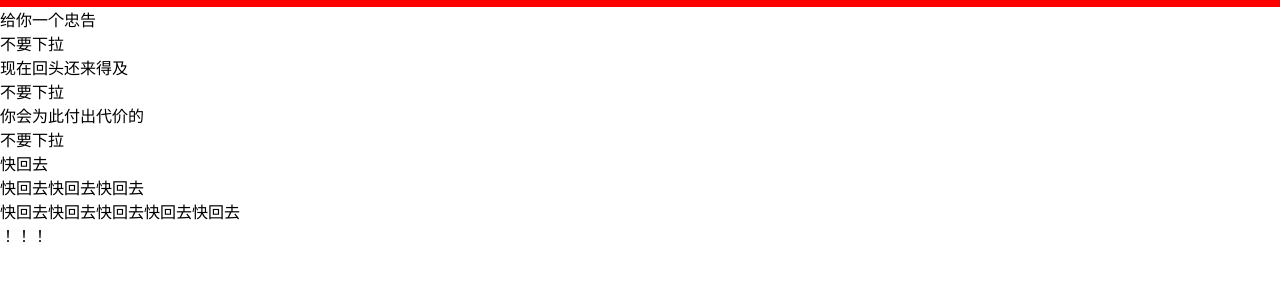
Repository: PUYIXIU/CSSMagic
Page: Animation/ScrollDrivenAnimation/index.html
The author's editor kept a copy of each file at every save. The page is drawn from the files as they stood at one save, then again after the next save.
The browser window is 1280 px wide. The pictures show the whole page.

Above is the page before, as saved 2024-09-03 10:20:02.

### Animation/ScrollDrivenAnimation/index.html
<!DOCTYPE html>
<html lang="en">
<head>
    <meta charset="UTF-8">
    <meta name="viewport" content="width=device-width, initial-scale=1.0">
    <title>Document</title>
    <link rel="stylesheet" href="../../assets/styles/reset.css">
    <style>
        .progress-bar{
            height:1vmin;
            background-color: red;
        }
        .kanban{

        }
    </style>
</head>
<body>
    <div class="progress-bar"></div>
    <div class="kanban">给你一个忠告</div>
    <div class="kanban">不要下拉</div>
    <div class="kanban">现在回头还来得及</div>
    <div class="kanban">不要下拉</div>
    <div class="kanban">你会为此付出代价的</div>
    <div class="kanban">不要下拉</div>
    <div class="kanban">快回去</div>
    <div class="kanban">快回去快回去快回去</div>
    <div class="kanban">快回去快回去快回去快回去快回去</div>
    <div class="kanban">！！！</div>
</body>
</html>

### assets/styles/reset.css
*{
    padding:0;
    margin:0;
}
a{
    text-decoration: none;
}

After the next save:
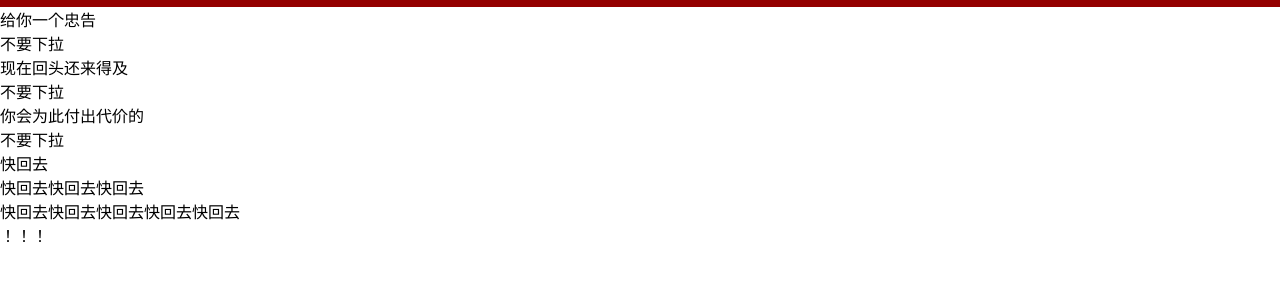
Saved 11 s later.
--- a/Animation/ScrollDrivenAnimation/index.html
+++ b/Animation/ScrollDrivenAnimation/index.html
@@ -8,7 +8,7 @@
     <style>
         .progress-bar{
             height:1vmin;
-            background-color: red;
+            background-color: rgb(148, 0, 0);
         }
         .kanban{
 
